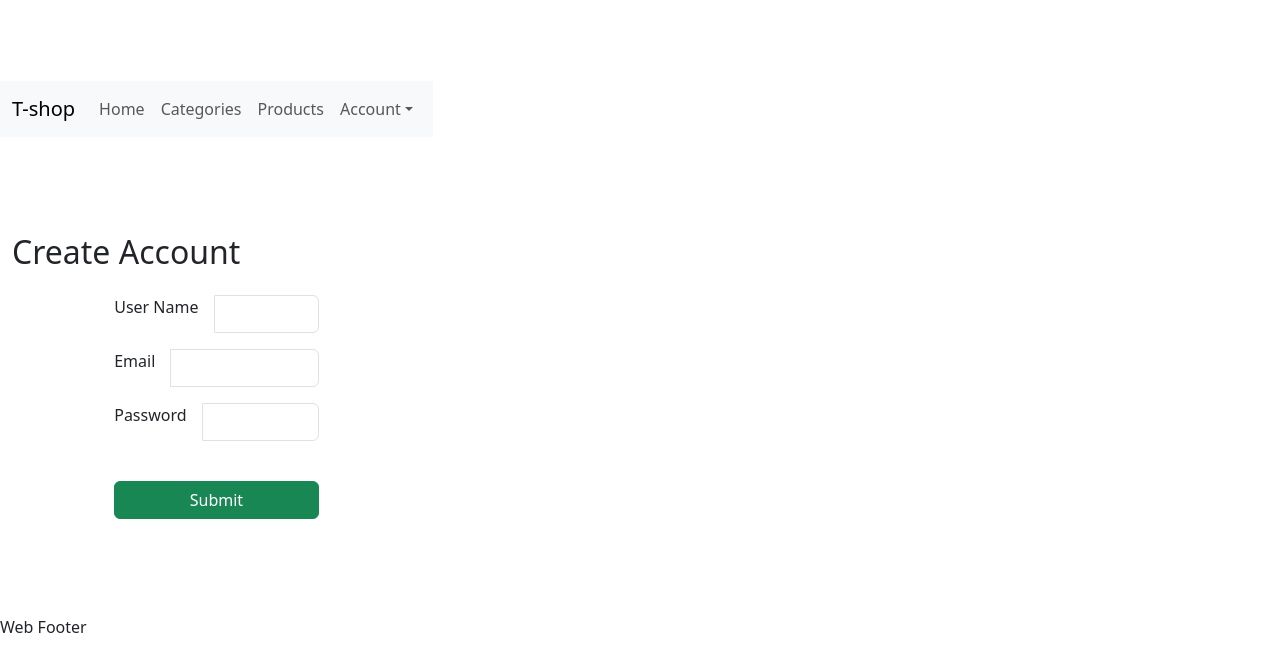
Repository: HadelAbdellatif/ecommerce1
Page: /register
An editor plug-in stored every save of this project. The page is shown before and after a run of saves, followed by the edit.
The browser window is 1280 px wide. The pictures show the whole page.
The project was rebuilt for these pictures with package versions that can differ from the ones it lists, and the page was loaded fresh each time. Also part of the build but not shown: vite.config.js, src/components/web/home/Home.jsx, src/components/web/categories/Categories.jsx, src/components/dashboard/navbar/Navbar.jsx, src/components/dashboard/footer/Footer.jsx, src/layouts/DashboardLayout.jsx, src/components/dashboard/home/Home.jsx, src/components/dashboard/categories/Categories.jsx.

Above is the page before, as saved 2023-11-25 15:14:12.

After the next 2 saves:
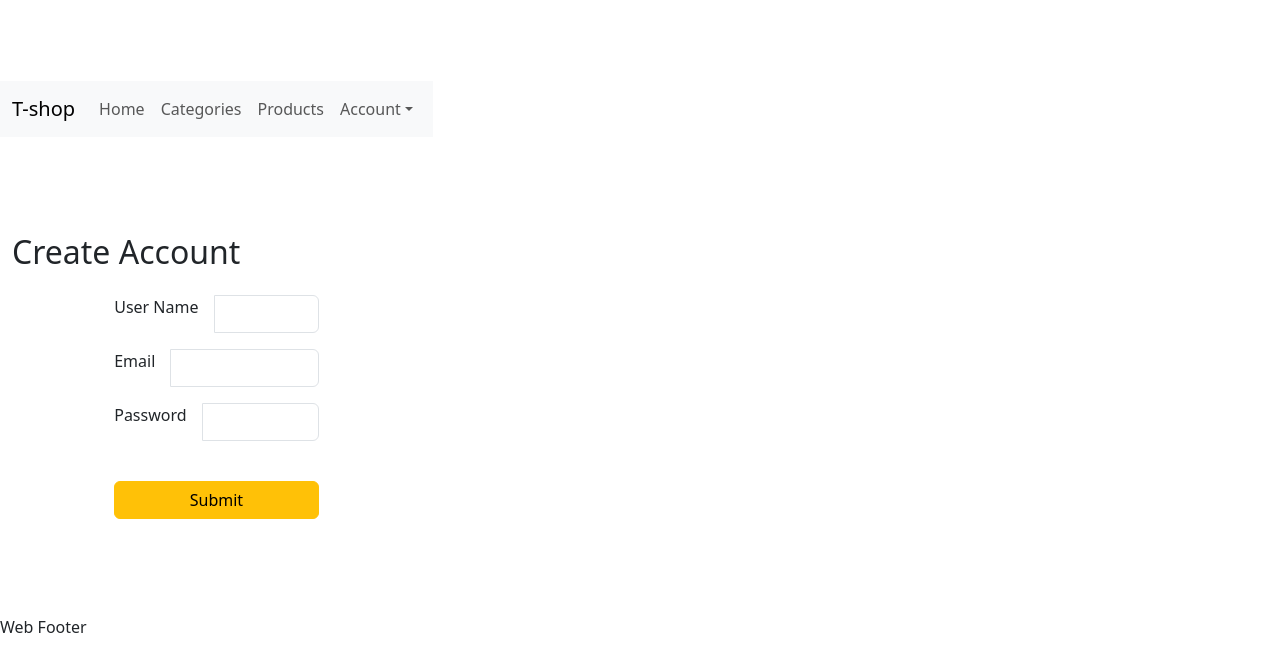
The 2 saves are shown as one change because they came seconds apart.
The last was saved 17 s later.
--- a/src/components/web/register/Register.jsx
+++ b/src/components/web/register/Register.jsx
@@ -89,7 +89,7 @@ export default function Register() {
 
                         {renderInputs}
 
-                        <button type='submit' disabled={!formik.isValid} className='btn btn-success w-100 mt-4'>Submit</button>
+                        <button type='submit' disabled={!formik.isValid} className='btn btn-warning w-100 mt-4'>Submit</button>
 
                     </form>
                 </div>
